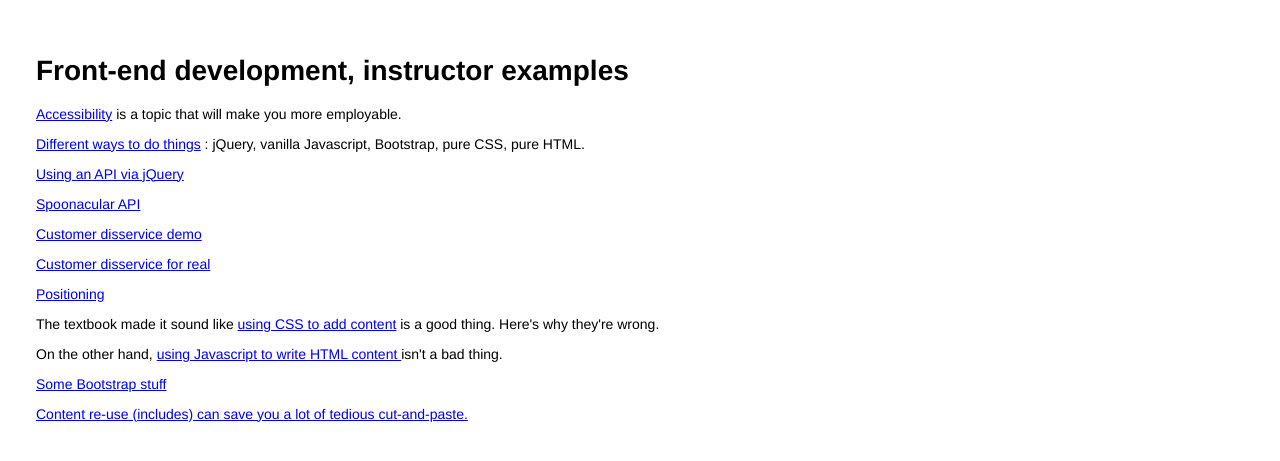
Repository: alboss/bit-175
Page: docs/js-framework.html
These files come from the project's save history. The page is drawn as it stood at one moment and after the next save; the edit follows.
The browser window is 1280 px wide. The pictures show the whole page.

Above is the page before, as saved 2023-05-11 11:51:56.

### docs/js-framework.html
<!DOCTYPE html>
<html lang="en">
  <head>
    <meta charset="UTF-8" />
    <meta http-equiv="X-UA-Compatible" content="IE=edge" />
    <meta name="viewport" content="width=device-width, initial-scale=1.0" />
    <title>Javascript framework lab</title>
    <link rel="stylesheet" type="text/css" href="./styles/styles.css" />
  </head>

  <body>
    <header>
      <h1>Front-end development, instructor examples</h1>
    </header>

    <main>
      <div w3-include-html="./includes-nav.html"></div>
    </main>
    <script src="./includes.js"></script>
    <script>
      includeHTML();
    </script>
  </body>
</html>

### docs/styles/styles.css
body {
  font-family: Helvetica, Arial, Sans-serif;
  font-size: 14px;
  padding: 2em;
}
#description {
  border: 2px solid #999;
  padding: 2em;
  margin: 2em;
}
#lead {
  font-size: 1.2em;
  color: #666;
}
.highlight {
  background-color: yellow;
  font-weight: bold;
}

nav.top ul {
  display: flex;
}
nav.top ul li {
  margin: 0px;
  padding: 10px 25px;
  border-inline: 2px solid #333;
  margin-left: -2px;
  background-color: cornsilk;
  list-style: none;
}
nav.top ul li:hover {
  background-color: blanchedalmond;
  list-style: none;
  display: block;
}

### docs/includes.js
function includeHTML() {
  let z, i, elmnt, file, xhttp;
  /* Loop through a collection of all HTML elements: */
  z = document.getElementsByTagName("*");
  for (i = 0; i < z.length; i++) {
    elmnt = z[i];
    /*search for elements with a certain atrribute:*/
    file = elmnt.getAttribute("w3-include-html");
    if (file) {
      /* Make an HTTP request using the attribute value as the file name: */
      xhttp = new XMLHttpRequest();
      xhttp.onreadystatechange = function () {
        if (this.readyState == 4) {
          if (this.status == 200) {
            elmnt.innerHTML = this.responseText;
          }
          if (this.status == 404) {
            elmnt.innerHTML = "Page not found.";
          }
          /* Remove the attribute, and call this function once more: */
          elmnt.removeAttribute("w3-include-html");
          includeHTML();
        }
      };
      xhttp.open("GET", file, true);
      xhttp.send();
      /* Exit the function: */
      return;
    }
  }
}

### docs/includes-nav.html
<p>
  <a href="./a11y.html">Accessibility</a>
  is a topic that will make you more employable.
</p>
<p>
  <a href="./choices/">Different ways to do things</a>
  : jQuery, vanilla Javascript, Bootstrap, pure CSS, pure HTML.
</p>
<p><a href="./api.html">Using an API via jQuery</a></p>
<p><a href="./spoonacular-api/index.html">Spoonacular API</a></p>
<p><a href="./customer-service-demo.html">Customer disservice demo</a></p>
<p><a href="./customer-service.html">Customer disservice for real</a></p>
<p><a href="./positioning.html">Positioning</a></p>
<p>
  The textbook made it sound like
  <a href="./css-is-not-content.html">using CSS to add content</a>
  is a good thing. Here's why they're wrong.
</p>
<p>
  On the other hand,
  <a href="./includes/js-write-html.html">
    using Javascript to write HTML content
  </a>
  isn't a bad thing.
</p>
<p><a href="./bootstrap/">Some Bootstrap stuff</a></p>
<p>
  <a href="./includes-index.html">
    Content re-use (includes) can save you a lot of tedious cut-and-paste.
  </a>
</p>

After the next save:
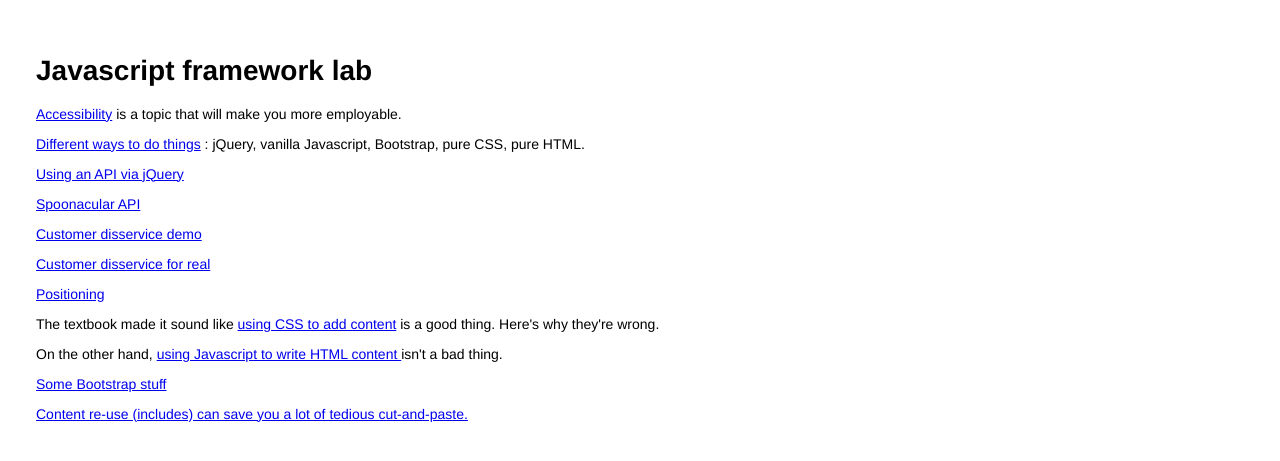
Saved 13 s later.
--- a/docs/js-framework.html
+++ b/docs/js-framework.html
@@ -10,7 +10,7 @@
 
   <body>
     <header>
-      <h1>Front-end development, instructor examples</h1>
+      <h1>Javascript framework lab</h1>
     </header>
 
     <main>
